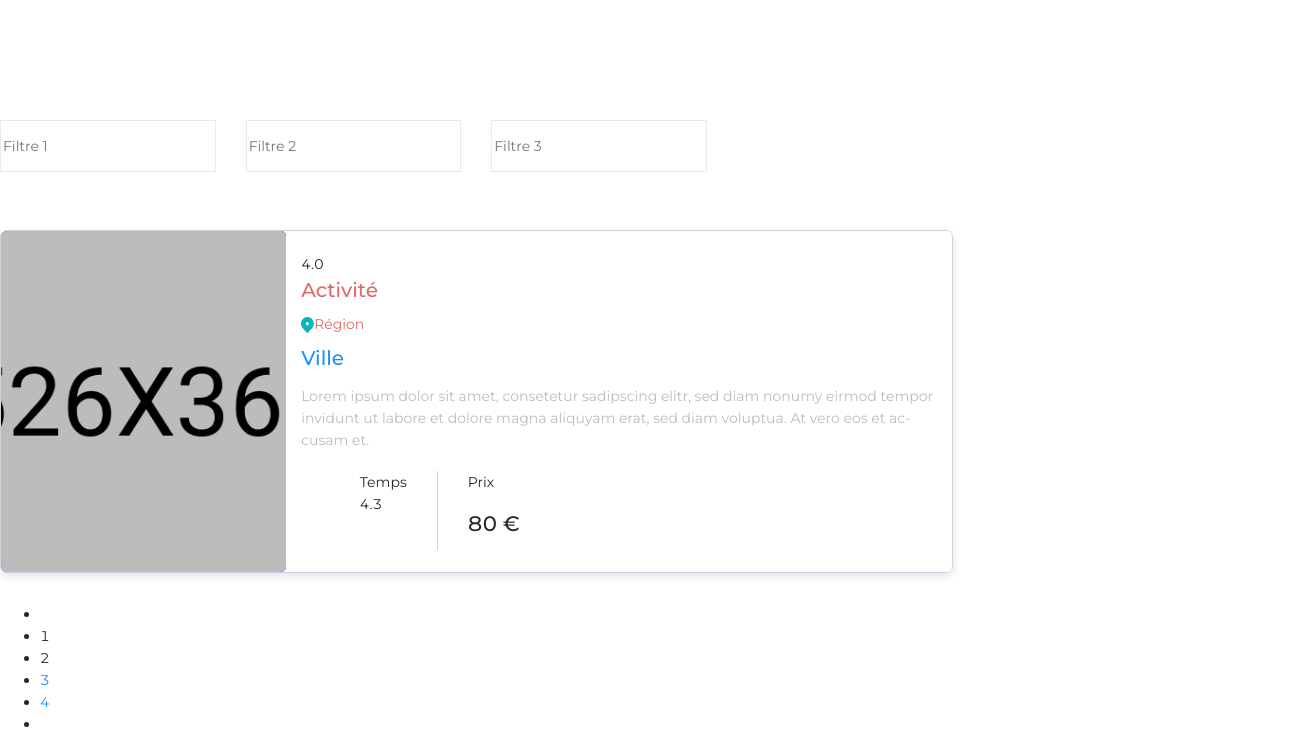
Repository: Emerson1220/projet-neofeel-lacapsule
Page: /roadPlanner (app in reactapp/)
The author's editor kept a copy of each file at every save. The page is drawn from the files as they stood at one save, then again after the next save.
The browser window is 1280 px wide. The page is 1295 px wide, so the pictures cover 1295 px, including what lies to the right of the window. The pictures show the whole page.
The project was rebuilt for these pictures with package versions that can differ from the ones it lists, and the page was loaded fresh each time. Also part of the build but not shown: reactapp/src/Nav.js, reactapp/src/ScreenHome.js.

Above is the page before, as saved 2021-05-18 13:45:28.

### reactapp/src/App.js
import './App.css';
import Nav from './Nav'
import {BrowserRouter as Router, Switch, Route} from 'react-router-dom'

import ScreenHome from './ScreenHome';
import ScreenRoadPlanner from './screens/ScreenRoadPlanner';

function App() {
  return (



    // <SearchPage></SearchPage>
      <Router>
        <Switch>
          <Route component={ScreenHome} path="/" exact />
          <Route component={ScreenRoadPlanner} path="/roadPlanner"  />
          {/* <Route component={ScreenConnexion} path="/connexion"  />
          <Route component={ScreenSearch} path="/recherche"  />
          <Route component={ScreenInfo} path="/info"  />
          <Route component={ScreenPartner} path="/partenaire"  />
          <Route component={ScreenRoadPlanner} path="/roadPlanner"  />
          <Route component={ScreenTrips} path="/voyages"  />
          <Route component={ScreenProfil} path="/profil"  />
          <Route component={ScreenBasket} path="/panier"  />
          <Route component={ScreenSuggestion} path="/suggestion"  /> */}
        </Switch>
      </Router>

  );
}

export default App;

### reactapp/src/App.css
@import '~antd/dist/antd.css';
@import url('https://fonts.googleapis.com/css2?family=Montserrat:ital,wght@0,200;0,300;0,400;0,500;0,600;0,700;1,400;1,600&display=swap');

* {
  font-family: 'Montserrat', sans-serif;
}

.App {
  text-align: center;
}

.App-logo {
  height: 40vmin;
  pointer-events: none;
}

@media (prefers-reduced-motion: no-preference) {
  .App-logo {
    animation: App-logo-spin infinite 20s linear;
  }
}

.App-header {
  background-color: #282c34;
  min-height: 100vh;
  display: flex;
  flex-direction: column;
  align-items: center;
  justify-content: center;
  font-size: calc(10px + 2vmin);
  color: white;
}

.App-link {
  color: #61dafb;
}

@keyframes App-logo-spin {
  from {
    transform: rotate(0deg);
  }
  to {
    transform: rotate(360deg);
  }
}
/* CSS NAVBAR _______________________*/



.h1-montserrat {
  width: auto; /* 366px */
  height: auto; /* 58px */
  overflow: visible;
  white-space: pre;
  letter-spacing: 0px;
  line-height: 1.2;
  color: #106271;
  font-weight: 700;
  font-family: "Inter-Bold", "Inter", sans-serif;
  font-size: 48px;
}

.devenezPartenaireButton{

background-color: #e06868;
overflow: visible;
  white-space: pre;
  letter-spacing: 0px;
line-height: 1.2;
  color: #ffffff;
  font-weight: 700;
  font-family: "Inter-Bold", "Inter", sans-serif;
width: 150px;
height: 50px;
left: 971px;
top: 40px;
border-radius: 5px;
}

.listNav{
  color: #106271;
  margin: 0px 0px;
}

### reactapp/src/screens/ScreenRoadPlanner.js
import React from 'react';
import '../App.css';
import { Button } from 'antd';
import { Link } from 'react-router-dom';
import Nav from '../Nav'

function ScreenRoadPlanner() {

    return (	<div style={{ paddingTop:'120px' }}>

                <div style={ styles.container }>

                    <div style={ styles.row }>

                        <div style={ styles.col_xl_9 }>
                            <div style={{ marginBottom:'40px' }}> {/* Filters */}

                                <div style={ styles.row }>
                                    <div style={ styles.col_xl_3 }>
                                        <label style={ styles.single_input_wrap }>
                                            <i style={ styles.icons_la }/>
                                            <input style={ styles.single_input_wrap_input } type="text" placeholder="Filtre 1" />
                                        </label>
                                    </div>

                                    <div style={ styles.col_xl_3 }>
                                        <label style={ styles.single_input_wrap }>
                                            <i style={ styles.icons_la }/>
                                            <input style={ styles.single_input_wrap_input } type="text" placeholder="Filtre 2" />
                                        </label>
                                    </div>

                                    <div style={ styles.col_xl_3 }>
                                        <label style={ styles.single_input_wrap }>
                                            <i style={ styles.icons_la }/>
                                            <input style={ styles.single_input_wrap_input } type="text" placeholder="Filtre 3" />
                                        </label>
                                    </div>
                                </div>
                            </div> {/* End -> ButtonFilters */}

                            <div style={ styles.experiences_list_area }> {/* Container -> Card expérience */}
                                <div style={ styles.single_destinations}> {/* Card expérience */}
                                    <div style={ styles.image_card }>
                                        <img style={ styles.image }src="images/photo-526x360.png" alt="list" />
                                    </div>
                                    <div style={ styles.detail_card }>
                                        <div>
                                            <i style={ styles.icons_fa_1  }/>
                                            <i style={ styles.icons_fa_1 } />
                                            <i style={ styles.icons_fa_1  } />
                                            <i style={ styles.icons_fa_1  } />
                                            <i style={ styles.icons_fa_2  } />
                                            <span>4.0</span>
                                        </div>

                                        <h4><Link style={ styles.h3 } to="/">Activité</Link></h4>
                                        <p style={{ color: '#e06868', marginleft: '4px', marginBottom: '8px'}}><img src="images/icone-geo.png" alt="map" />Région</p>
                                        <h4 style={ styles.h4 } ><Link to="/">Ville</Link></h4>
                                        <p style={ styles.card_content } >Lorem ipsum dolor sit amet, consetetur sadipscing elitr, sed diam nonumy eirmod tempor invidunt ut labore et dolore magna aliquyam erat, sed diam voluptua. At vero eos et accusam et.</p>

                                        <div style={ styles.liste_price }>
                                            <ul style={ styles.liste_price_content, styles.liste_price_li }>
                                                <li><i style={ styles.icons_fa }/> Temps</li>
                                                <li><i style={ styles.icons_fa }/> 4.3</li>
                                            </ul>
                                            <div style={ styles.liste_price_item }>
                                                <p>Prix</p>
                                                <h2>80 <span>€</span></h2>
                                            </div>
                                        </div>
                                    </div>
                                </div> {/* End -> Card expérience */}
                            </div> {/* End -> Container -> Card expérience */}


                            <div className="text-md-center text-left"> {/* Pagination */}
                                <div className="tp-pagination text-md-center text-left d-inline-block mt-4">
                                    <ul>
                                        <li><a className="prev page-numbers" href="#"><i className="la la-long-arrow-left" /></a></li>
                                        <li><span className="page-numbers">1</span></li>
                                        <li><span className="page-numbers current">2</span></li>
                                        <li><a className="page-numbers" href="#">3</a></li>
                                        <li><a className="page-numbers" href="#">4</a></li>
                                        <li><a className="next page-numbers" href="#"><i className="la la-long-arrow-right" /></a></li>
                                    </ul>
                                </div>
                            </div>{/* End -> Pagination */}
                        </div>
                    </div>
                </div>
            </div>
    )
};

let styles = {

    // CSS - ARCHITECTURE//

    container: {
        width: '100%',
        paddingright: '15px',
        paddingleft: '15px',
        marginright: 'auto',
        marginleft: 'auto',
    },

    row:{
        display: 'flex',
        flexWrap: 'wrap',
        marginRight: '-15px',
        marginLeft: '-15px',
    },

    col_xl_9:{
        position: 'relative',
        flex: '0 0 75%',
        maxWidth: '75%',
        width: '100%',
        minHeight: '1px',
        paddingRight: '15px',
        paddingLeft: '15px',
        },

    col_xl_3:{
        position: 'relative',
        flex: '0 0 25%',
        maxWidth: '25%',
        width: '100%',
        minHeight: '1px',
        paddingRight: '15px',
        paddingLeft: '15px',
        },

    single_input_wrap:{
        position: 'relative',
        width: '100%',
        marginBottom: '18px',
        display: 'inline-block',
    },

    single_input_wrap_input:{
        background: '#ffffff',
        border: '1px solid #EAEAEA',
        height: '52px',
        width: '100%',
    },

    // CSS - ICONS //

    icons_la:{
        display: 'inline-block',
        position: 'absolute',
        top: '17px',
        left: '20px',
        color: '#CFD3DE',
        font: 'normal normal normal 16px/1 LineAwesome',
        fontSize: 'inherit',
        textDecoration: 'inherit',
        textRendering: 'optimizeLegibility',
        textTransform: 'none',
    },

    icons_fa_1:{
        display: 'inline-block',
        font: 'normal normal normal 14px/1 FontAwesome',
        fontSize: 'inherit',
        textRendering: 'auto',
        color: '#f3941e',
    },

    icons_fa_2:{
        display: 'inline-block',
        font: 'normal normal normal 14px/1 FontAwesome',
        fontSize: 'inherit',
        textRendering: 'auto',
        color: '#d4d4d4',
    },

    // CARD - TITLE//

    h3:{
        fontSize: '20px',
        color: '#e06868',
        textDecoration: 'none',
    },

    h4:{
        fontSize: '20px',
        color: '#e06868',
        textDecoration: 'none',
    },

    // CARD - CSS //

    experiences_list_area:{
        boxSizing: 'border-box',
        outline: 'none',
    },

    single_destinations:{
        display: 'flex',
        flexWrap: 'wrap',
        margin: '0 0 30px 0',
        border: '1px solid #CFD3DE',
        boxShadow: '0px 3px 9px #071c551f',
        borderRadius: '7px',
        position: 'relative',
        overflow: 'hidden',
    },

    image_card:{
        position: 'relative',
        background: '#106271',
        overflow: 'hidden',
        flex: '0 0 30%',
        backgroundSize: 'cover',
        backgroundRepeat: 'no-repeat',
        backgroundPosition: 'center center',
        minHeight: '200px',
        borderRadius: '5px',
    },

    image:{
        width: '100%',
        height: '100%',
        objectFit: 'cover',
        objectPosition: 'center center',
        borderRadius: '5px',
    },

    detail_card:{
        flex: '0 0 70%',
        padding: '22px 15px',
        background: '#ffffff',
    },

    card_content:{
        marginBottom: '15px',
        color: '#bcbcbc',
        hyphens: 'auto',
    },

    liste_price:{
        marginTop: '20px',
        display: 'flex',
        boxSizing: 'border-box',
        outline: 'none',
    },

    liste_price_li:{
        margin: '0 10px',
        fontSize: '14px',
        listStyle: 'none',
        display: 'inline-block',
    },


    liste_price_content:{
        float: 'left',
        marginTop: '20px',
        margin: '0',
        padding: '0',
        display: 'inline-block',
    },

    icons_fa:{
        display: 'inline-block',
        font: 'normal normal normal 14px/1 FontAwesome',
        fontSize: 'inherit',
        textRendering: 'auto',
        color: '#01B9B7',
        marginRight: '5px',
    },

    liste_price_item:{
        paddingLeft: '30px',
        marginLeft: '20px',
        borderLeft: '1px solid #CFD3DE',
        paddingTop: '0',
    },



    }













export default ScreenRoadPlanner;

Loaded but not shown: reactapp/public/index.html (common file); reactapp/src/index.js (common file); reactapp/src/index.css (common file); reactapp/src/reportWebVitals.js (common file)

After the next save:
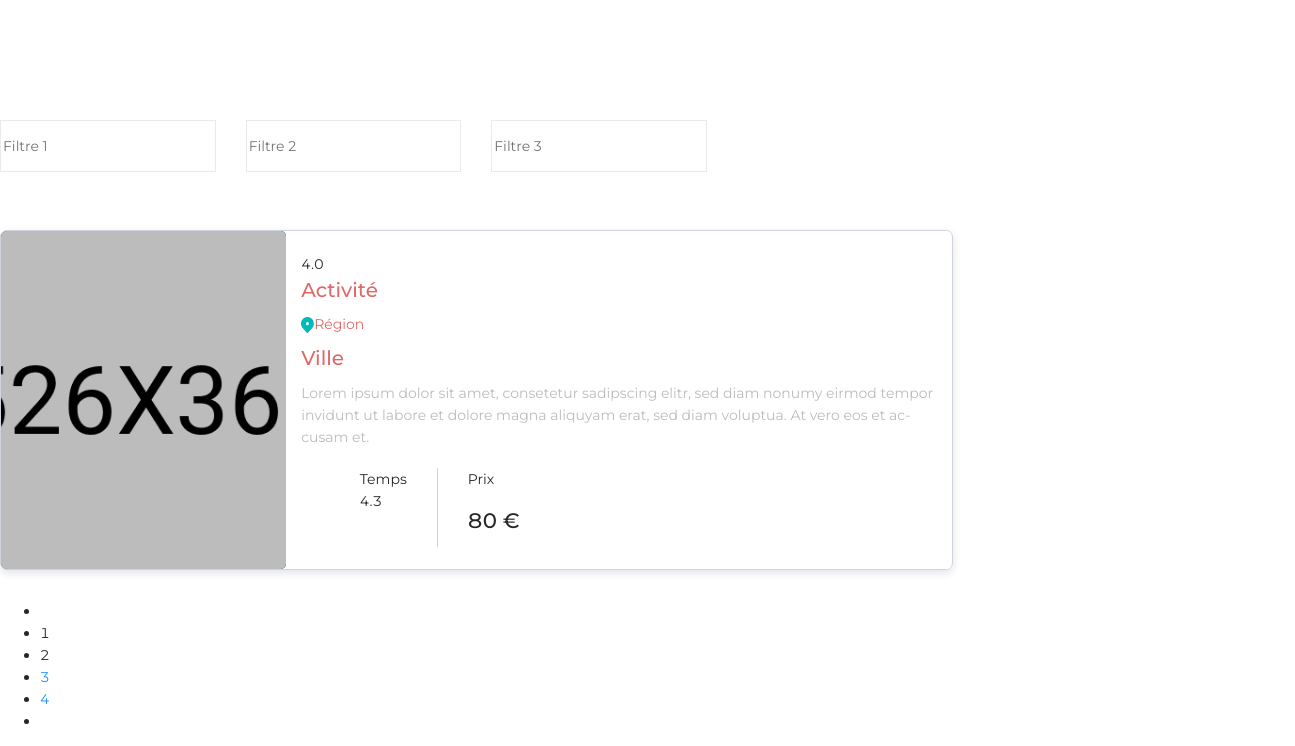
Saved 26 s later.
--- a/reactapp/src/screens/ScreenRoadPlanner.js
+++ b/reactapp/src/screens/ScreenRoadPlanner.js
@@ -56,7 +56,7 @@ function ScreenRoadPlanner() {
 
                                         <h4><Link style={ styles.h3 } to="/">Activité</Link></h4>
                                         <p style={{ color: '#e06868', marginleft: '4px', marginBottom: '8px'}}><img src="images/icone-geo.png" alt="map" />Région</p>
-                                        <h4 style={ styles.h4 } ><Link to="/">Ville</Link></h4>
+                                        <h4 ><Link style={ styles.h3 }  to="/">Ville</Link></h4>
                                         <p style={ styles.card_content } >Lorem ipsum dolor sit amet, consetetur sadipscing elitr, sed diam nonumy eirmod tempor invidunt ut labore et dolore magna aliquyam erat, sed diam voluptua. At vero eos et accusam et.</p>
 
                                         <div style={ styles.liste_price }>
